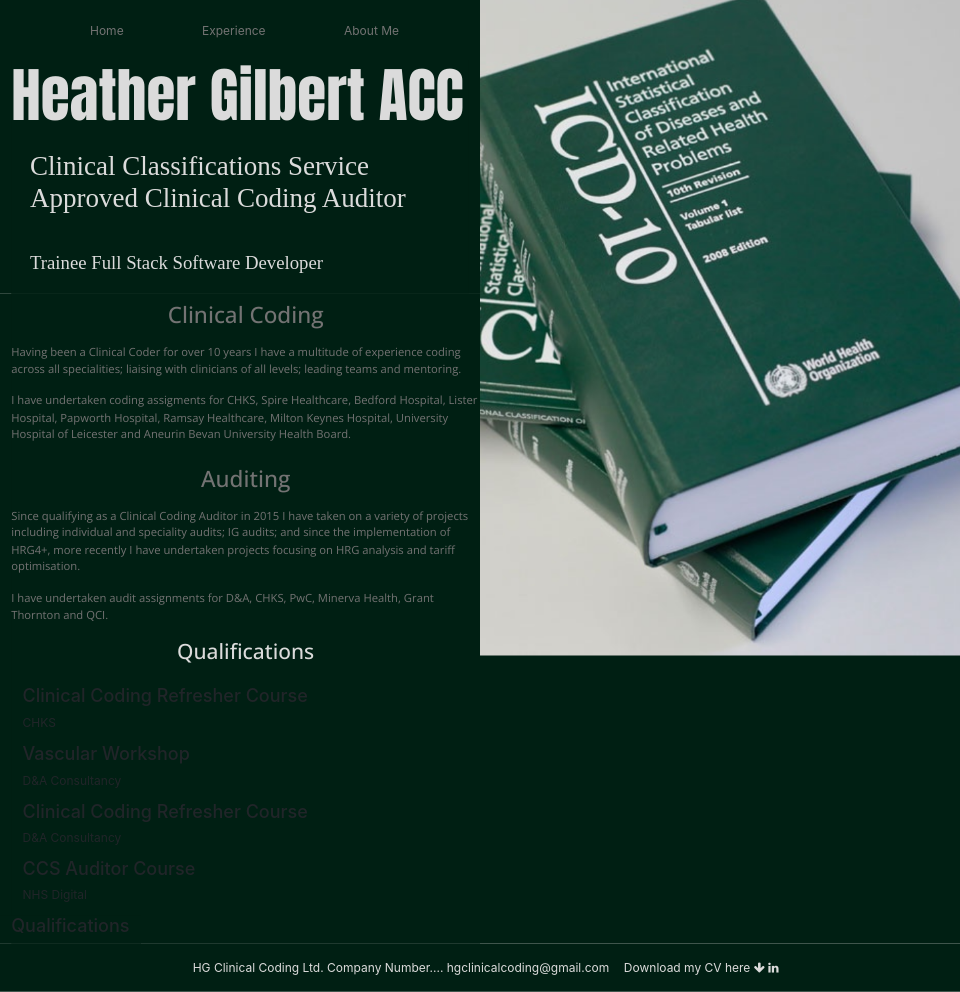
Repository: Code-Institute-Submissions/fsd-ms-project1-resume
Page: resume.html
The author's editor kept a record of every edit. The page is drawn from the files as they stood at one moment, then again after the next edit.
The browser window is 1280 px wide. The pictures show the whole page, at 75% of full size.
Some web fonts or font styles are not loaded; a fallback is used.

Above is the page before.

### resume.html
<!DOCTYPE html>
<html lang="en">

<head>
    <meta charset="UTF-8">
    <meta name="viewport" content="width=device-width, initial-scale=1.0">
    <meta http-equiv="X-UA-Compatible" content="ie=edge">
    <link rel="stylesheet" href="https://stackpath.bootstrapcdn.com/bootstrap/4.3.1/css/bootstrap.min.css" type="text/css" />
    <link rel="stylesheet" href="https://stackpath.bootstrapcdn.com/font-awesome/4.7.0/css/font-awesome.min.css" type="text/css" />
    <link rel="stylesheet" href="https://cdnjs.cloudflare.com/ajax/libs/hover.css/2.3.1/css/hover-min.css" type="text/css" />
    <link rel="stylesheet" href="assets/css/style.css" />
    <title>Heather Gilbert ACC</title>
</head>

<body>
    <img src="assets/images/icd.jpg" class="image col-md-6 bg-color no gutters" align="right"></img>
    <header>
        <nav class="col-md-6 no-gutters bg-color navbar">
            <a href="index.html" class="navbar-text">Home</a>
            <a href="resume.html" class="navbar-text">Experience</a>
            <a href="about.html" class="navbar-text">About Me</a>

        </nav>

    </header>
    <div class="col-md-6 main-name ">
        <div class="row bg-color no-gutters ">
            <div class="col heading ">
                <h1 class="name ">Heather Gilbert ACC</h1>
                <h3 class="title ">Clinical Classifications Service Approved Clinical Coding Auditor</h3>
                <h5 class="title2 ">Trainee Full Stack Software Developer</h5>
            </div>
        </div>
    </div>


    <section class="container-fluid">
        <div class="col-md-6 bg-color">
            <div class="row">
                <div>
                    <h4 class="coding-title">Clinical Coding</h4>
                    <p class="coding">
                        Having been a Clinical Coder for over 10 years I have a multitude of experience coding across all specialities; liaising with clinicians of all levels; leading teams and mentoring. </p>
                    <p class="coding">
                        I have undertaken coding assigments for CHKS, Spire Healthcare, Bedford Hospital, Lister Hospital, Papworth Hospital, Ramsay Healthcare, Milton Keynes Hospital, University Hospital of Leicester and Aneurin Bevan University Health Board.
                    </p>
                </div>
                <div>
                    <h4 class="audit-title">Auditing</h4>
                    <p class="audit">
                        Since qualifying as a Clinical Coding Auditor in 2015 I have taken on a variety of projects including individual and speciality audits; IG audits; and since the implementation of HRG4+, more recently I have undertaken projects focusing on HRG analysis
                        and tariff optimisation.</p>
                    <p class="audit">
                        I have undertaken audit assignments for D&A, CHKS, PwC, Minerva Health, Grant Thornton and QCI.
                    </p>
                </div>
            </div>
            <div class="row">
                <div class="col-md-12">
                    <div class="row">
                        <div class="col-12">
                            <h3 class="qualifications-heading">
                                Qualifications
                            </h3>
                        </div>
                    </div>
                    <div class="history-items">
                        <div class="timeline-item" data-dates="May 2019">
                            <h4>Clinical Coding Refresher Course</h4>
                            <p>CHKS</p>
                        </div>
                        <div class="timeline-item" data-dates="September 2018">
                            <h4>Vascular Workshop </h4>
                            <p>D&A Consultancy</p>
                        </div>
                        <div class="timeline-item" data-dates="April 2016">
                            <h4>Clinical Coding Refresher Course</h4>
                            <p>D&A Consultancy</p>
                        </div>
                        <div class="timeline-item" data-dates="June 2015">
                            <h4>CCS Auditor Course</h4>
                            <p>NHS Digital</p>
                        </div>
                    </div>

                </div>
                <div class="row bg-color">
                    <h4 class="qualifications col-md-6">Qualifications</h4>
                    <div class="row">



                    </div>
                </div>
            </div>
    </section>



    <footer class="container-fluid no gutters">
        <div id="footer-details" class="row">
            <div class="col-sm-12 inline-block">
                <span class="col-sm-6">HG Clinical Coding Ltd. Company Number.... hgclinicalcoding@gmail.com</span>
                <span col-sm-6>Download my CV here</span>
                <a href="assets/CV/CV_2018.pdf" target="_blank" class="cv-pdf">
                       <i class="fa fa-arrow-down" aria-hidden="true"></i>
                       <span class="sr-only">Download link.</span>
                   </a>
                <span class="list-inline-item">
                    <a target="_blank" href="#">
                           <i class="fa fa-linkedin" aria-hidden="true"></i>
                           <span class="sr-only">LinkedIn</span>
                </a>
                </span>
                </ul>
            </div>
        </div>

    </footer>

</body>

</html>

### assets/css/style.css
@import url('https://fonts.googleapis.com/css?family=Anton:100,200,300,400,500,600,700|Enriqueta:100,200,300,400,500,600,700|Open+Sans:100,200,300,400,500,600,700|Roboto:100,200,300,400,500,600,700 &display=swap');


/*-----------------------------------------Colours*/

.bg-color {
    background-color:#001f13;
}



.image {
    padding:0;
    margin-bottom:60px;
    position:sticky;
    top:0;
}



/*-----------------------------------------Special paddings/margins/text*/


/*-----------------------------------------Header*/

.navbar {
    display:block;
    padding:20px;

}

.navbar-text {
    padding-left: 100px;
    color:#737373;
}



.name {
    font-family: 'Anton', sans-serif;
    font-size: 79px;
    margin:0;
    color:#dbdbdb;
    padding:0px;
}

.title {
    font-family: 'Enriqueta', serif;
    font-size: 36px;
    margin: 0px;
    color:#dbdbdb;
    padding:25px;
}

.title2 {
    font-family: 'Enriqueta', serif;
    font-size:25px;
    margin:0px;
    color:#dbdbdb;
    padding:25px;
}

/*-----------------------------------------Hover.css*/

a:hover {
    color:#dbdbdb;
    text-decoration: none;
}

/*-----------------------------------------Footer*/

footer {
    background-color: #001f13;
    color:#dbdbdb;
    min-height:50px;
    margin: 0;
    text-align:center;
}

.company-name {
    margin:0;
    padding:0;
}

.company-details {
    font-size:10px;
    margin:0;
    padding:0;
}

#footer-details {
    padding: 20px;
}

.fa {
    color:#dbdbdb;
}


/*-----------------------------------------Main Page Summary*/

.blurb {
    font-family: 'Open Sans', sans-serif;
    font-size:14px;
    color:#737373;
    margin:0px;
    padding:25px;
}

section {
    background-color: #001f13;
    margin: 0;
}

.main-name {
    background-color: #001f13;
    margin: 0;
}

.blurb-text {
    margin:15px;
    text-align: center;
    margin-left:25px;
}


/*-----------------------------------------Work / Education History*/

.work-section {
    text-align:center;
}


.bg-resume {
    margin:0;
    padding:0;
}

.coding-title, .audit-title {
    font-family: 'Open Sans', sans-serif;
    color:#737373;
    margin-bottom: 10px;
    margin-top: 10px;
    padding-bottom:10px;
    font-size: 30px;
    font-weight: 500;
    text-align: center;

}



.coding {
    font-family: 'Open Sans', sans-serif;
    color:#737373;
    margin-bottom: 10px;
    padding-bottom:10px;
    font-size: 15px;
}


.audit {
    font-family: 'Open Sans', sans-serif;
    color:#737373;
    margin-bottom: 10px;
    margin-top:10px;
    padding-bottom:10px;
    font-size:15px;
}

.qualifications-heading {
    color: #dbdbdb;
    margin-bottom: 30px;
    text-align: center;
    font-family: 'Open Sans', sans-serif;
    font-weight: 500;
}



/*dates of timeline*/

.timeline-data:before {
    content: attr(data-dates);
    position: absolute;
    left: 3em;
    top: 1em;
    display: block;
    font-family:'Enriqueta', serif;
    font-size: 11px;
}


/*dots on timeline*/

.timeline-data:after {
    width: 12px;
    height: 12px;
    display: block;
    top: 2.4em;
    position: absolute;
    left: -6px;
    border-radius: 12px;
    content: "";
    background: #dbdbdb;
}

/*timeline writing*/

.timeline-data {
    padding: 1.5em 2em 1em 2em;
    position: relative;
    color: #dbdbdb;
    border-left: 1.5px solid;
    font-size:15px;
}

.timeline-data p {
    padding: 0;
    margin: 0;
    font-family: 'Open Sans', sans-serif;
    font-size: 10px;
}

.timeline-data h4 {
    font-family: 'Open Sans', sans-serif;
    font-size:15px;
    margin-top:7px;
    padding-top: 2px;
}


/*-----------------------------------------About Me*/

.about-title {
    color: #737373;
    margin:0;
    padding:10px;
    font-size:20px;
    font-weight:500;
}

.about-item {
    color: #737373;
    margin:0;
    padding:5px;
    font-size:15px;
}




/*-----------------------------------------Contact Form*/


.form {
    display:inline;
    padding:0;
}

.form-control {
    display:block;
    padding-left:10px;
}


button[type="submit"] {
    margin-top: 15px;
    margin-bottom: 20px;
    background-color: #b3cccc;
    align:center;
}

.form-thanks {
    color: #737373;
    text-align: center;
}


/*-----------------------------------------Media Queries*/

@media(min-width: 992px) {
    .form {
        padding-top: 30px;
        min-height:240px;
        margin: 0 auto;
        max-width: 50%;
    }

After the next edit:
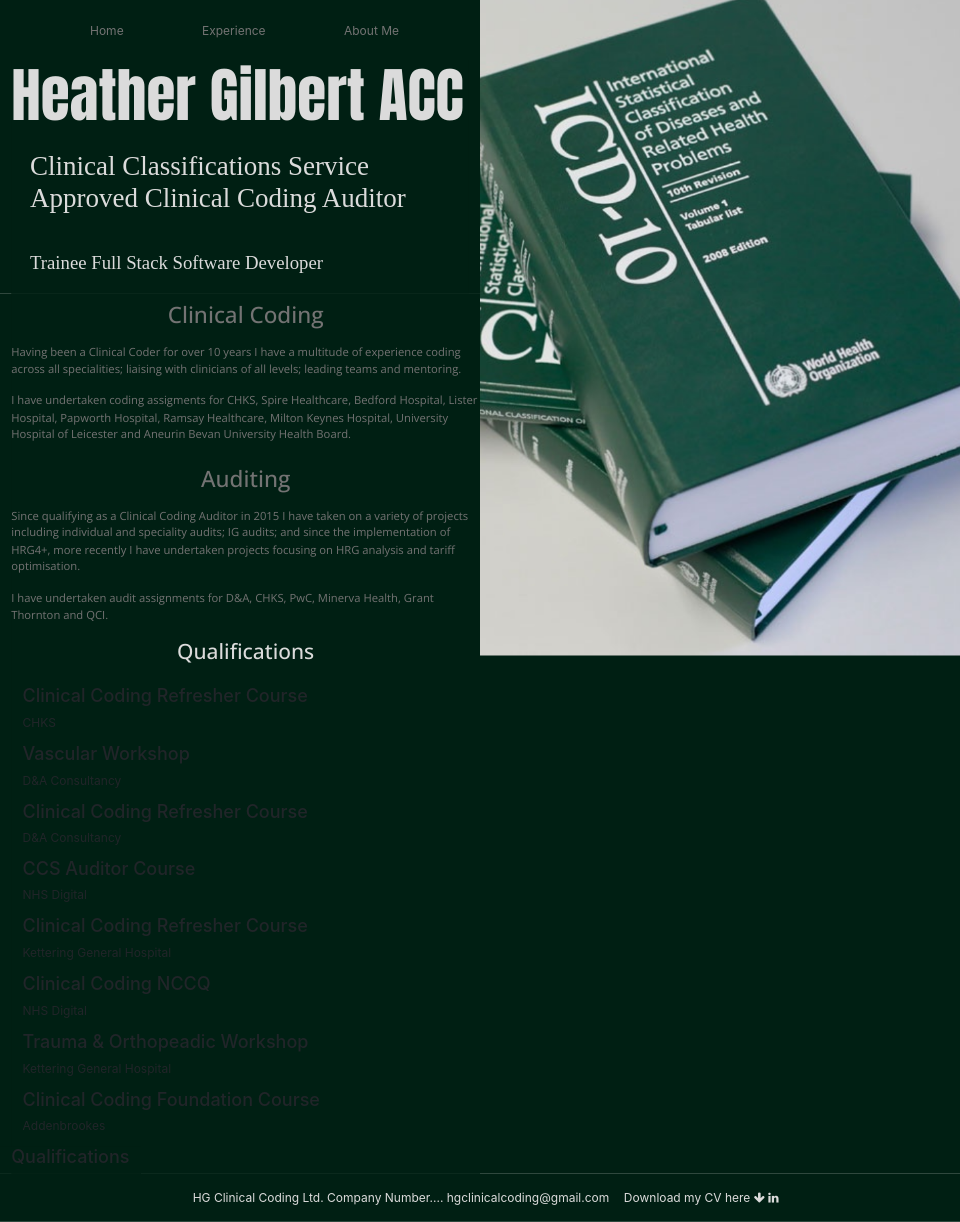
The edit:
--- a/resume.html
+++ b/resume.html
@@ -81,6 +81,22 @@
                             <h4>CCS Auditor Course</h4>
                             <p>NHS Digital</p>
                         </div>
+                        <div class="timeline-item" data-dates="January 2013">
+                            <h4>Clinical Coding Refresher Course</h4>
+                            <p>Kettering General Hospital</p>
+                        </div>
+                        <div class="timeline" data-dates="September 2010">
+                            <h4>Clinical Coding NCCQ</h4>
+                            <p>NHS Digital</p>
+                        </div>
+                        <div class="timeline" data-dates="November 2009">
+                            <h4>Trauma & Orthopeadic Workshop</h4>
+                            <p>Kettering General Hospital</p>
+                        </div>
+                        <div class="timeline" data-dates="October 2009">
+                            <h4>Clinical Coding Foundation Course</h4>
+                            <p>Addenbrookes</p>
+                        </div>
                     </div>
 
                 </div>
